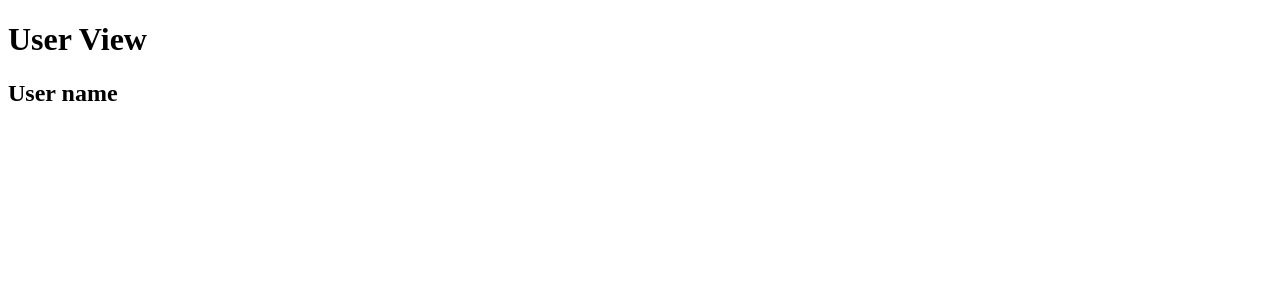
Repository: cerveau08/laravelCours
Page: http://localhost/user
The author's editor kept a copy of each file at every save. The page is drawn from the files as they stood at one save, then again after a run of saves.
The browser window is 1280 px wide. The pictures show the whole page.
The page is served by the project's Laravel application, run on PHP 8.4 with Laravel 8.

Above is the page before, as saved 2020-09-25 14:50:43.

After the next 4 saves:
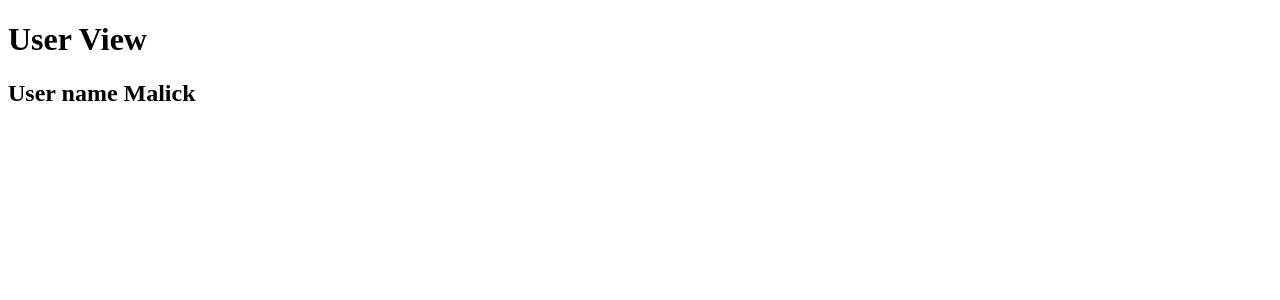
The 4 saves are shown as one change because 1 did not build or start and some came seconds apart.
The last was saved 17 s later.
--- a/resources/views/user.blade.php
+++ b/resources/views/user.blade.php
@@ -8,6 +8,6 @@
 </head>
 <body>
     <h1>User View</h1>
-    <h2>User name</h2>
+    <h2>User name {{ $name  }}</h2>
 </body>
 </html>
